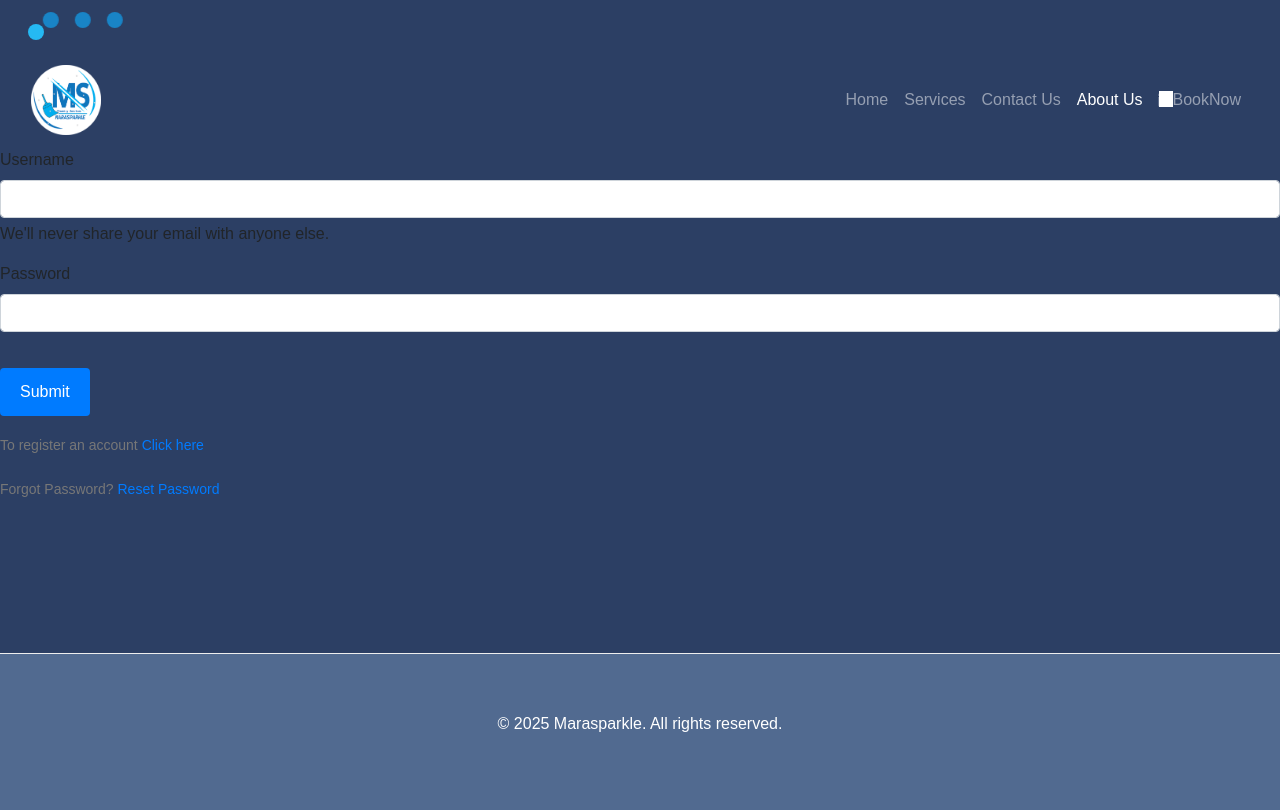
Repository: guineveretim/sparkle
Page: http://localhost/login/
An editor plug-in stored every save of this project. The page is shown before and after the next save, followed by the edit.
The browser window is 1280 px wide. The pictures show the whole page.
The page is served by the project's application, run on Django 5.2 (manage.py). Other server files are loaded and not shown.

Above is the page before, as saved 2025-03-26 14:59:18.

### templates/authentication/login.html
{% load static %}
<!DOCTYPE html>
<html lang="en">
<head>
    <meta charset="UTF-8">
    <title>Login</title>
    <link rel="stylesheet" href="{% static 'css/authentication/login.css'%}">


     <!-- Font Awesome CDN -->
     <link rel="stylesheet" href="https://cdnjs.cloudflare.com/ajax/libs/font-awesome/6.0.0-beta3/css/all.min.css">

     <!--Google fomts-->
     <link href="https://fonts.googleapis.com/css2?family=Roboto:wght@400&display=swap" rel="stylesheet">

     <!-- Bootstrap core CSS -->
     <link rel="stylesheet" href="https://cdn.jsdelivr.net/npm/bootstrap@4.1.3/dist/css/bootstrap.min.css" integrity="sha384-MCw98/SFnGE8fJT3GXwEOngsV7Zt27NXFoaoApmYm81iuXoPkFOJwJ8ERdknLPMO" crossorigin="anonymous">



     <link rel="stylesheet" href="{% static 'assets/css/templatemo-villa-agency.css' %}">
</head>
<body>

        <!-- ***** Preloader Start ***** -->
        <div id="js-preloader" class="js-preloader">
            <div class="preloader-inner">
                <span class="dot"></span>
                <div class="dots">
                    <span></span>
                    <span></span>
                    <span></span>
                </div>
            </div>
        </div>
        <!-- ***** Preloader End ***** -->



        <!-- ***** Header Area Start ***** -->
            <nav class="navbar navbar-expand-lg navbar-dark sticky-top" style="background-color: #2c3f64;">
                <div class="container-fluid">
                <a class="navbar-brand" href="{% url 'home' %}">
                    <img src="{% static 'icons/Maralog.png' %}" style="width:70px;">
                </a>
                <button class="navbar-toggler" type="button" data-toggle="collapse" data-target="#navbarNav" aria-controls="navbarNav" aria-expanded="false" aria-label="Toggle navigation">
                    <span class="navbar-toggler-icon"></span>
                </button>

                <div class="collapse navbar-collapse" id="navbarNav">
                    <ul  class="navbar-nav ml-auto">
                        <li class="nav-item">
                            <a class="nav-link" href="{% url 'home' %}">Home <span class="sr-only">(current)</span></a>
                        </li>
                        <li class="nav-item">
                            <a class="nav-link" href="{% url 'services_details' %}">Services</a>
                        </li>

                        <li class="nav-item">
                            <a class="nav-link" href="{% url 'contact' %}">Contact Us</a>
                        </li>
                        <li class="nav-item active">
                            <a class="nav-link" href="{% url 'about' %}">About Us</a>
                        </li>
                        <li class="nav-item">
                            <a class="nav-link" href="{% url 'login' %}"><i class="fas fa-calendar" style="background-color: rgb(255, 255, 255);"></i>BookNow</a>
                        </li>
                    </ul>
                </div>
            </div>
            </nav>

        <!-- ***** Header Area End ***** -->
 <form>
    <div class="mb-3">
      <label for="exampleInputEmail1" class="form-label">Username</label>
      <input type="email" class="form-control" id="exampleInputEmail1" aria-describedby="emailHelp">
      <div id="emailHelp" class="form-text">We'll never share your email with anyone else.</div>
    </div>
    <div class="mb-3">
      <label for="exampleInputPassword1" class="form-label">Password</label>
      <input type="password" class="form-control" id="exampleInputPassword1">
    </div>
    <button type="submit" class="btn btn-primary">Submit</button>
  </form>

  <p class="signup-link">
    To register an account
    <a href="{% url 'register' %}">Click here</a>
</p>

<p class="forgot-password">
    Forgot Password?
    <a href="{% url 'password_reset' %}">Reset Password</a>

</p>


<footer>

    <p>&copy; {{2025}} Marasparkle. All rights reserved.</p>

</footer>

<!-- jQuery first, then Popper.js, then Bootstrap JS -->
<script src="https://code.jquery.com/jquery-3.3.1.slim.min.js" integrity="sha384-q8i/X+965DzO0rT7abK41JStQIAqVgRVzpbzo5smXKp4YfRvH+8abtTE1Pi6jizo" crossorigin="anonymous"></script>
<script src="https://cdn.jsdelivr.net/npm/popper.js@1.14.3/dist/umd/popper.min.js" integrity="sha384-ZMP7rVo3mIykV+2+9J3UJ46jBk0WLaUAdn689aCwoqbBJiSnjAK/l8WvCWPIPm49" crossorigin="anonymous"></script>
<script src="https://cdn.jsdelivr.net/npm/bootstrap@4.1.3/dist/js/bootstrap.min.js" integrity="sha384-ChfqqxuZUCnJSK3+MXmPNIyE6ZbWh2IMqE241rYiqJxyMiZ6OW/JmZQ5stwEULTy" crossorigin="anonymous"></script>
</body>
</html>

### marasparkle/forms.py
from django import forms
from django.contrib.auth.forms import UserCreationForm, AuthenticationForm, PasswordResetForm, SetPasswordForm
from django.contrib.auth.models import User
from .models import Booking

class RegisterForm(forms.ModelForm):

    username = forms.CharField(
        widget=forms.TextInput(attrs={'placeholder': 'Enter Your Username'}),
        label='Username',
        help_text=None,
    )

    email = forms.EmailField(
        widget=forms.EmailInput(attrs={'placeholder': 'Enter Your Email: Example@gmail.com'}),
        label='Email',
        help_text=None,
    )

    password = forms.CharField(
        widget=forms.PasswordInput(attrs={'placeholder': 'enter password'}),
        label='Enter Password',
        help_text=None,
    )

    confirm_password = forms.CharField(
        widget=forms.PasswordInput(attrs={'placeholder': 'Confirm password'}),
        label='Confirm Password',
        help_text=None,
    )

    class Meta:
        model = User
        fields = ['username', 'email', 'password', 'confirm_password']





class LoginForm(AuthenticationForm):
    username = forms.CharField(required=True)
    password = forms.CharField(widget=forms.PasswordInput, required=True)


class ResetPasswordForm(PasswordResetForm):
    class Meta:
        model = User
        fields = ['email']

    def __init__(self, *args, **kwargs):
        super(ResetPasswordForm, self).__init__(*args, **kwargs)
        self.fields['email'].widget.attrs.update({
            'class': 'form-control',
            'placeholder': 'Email',
            'required': 'True'
        })


class ResetPasswordConfirmForm(SetPasswordForm):
    class Meta:
        model = User
        fields = ['new_password1', 'new_password2']

    def __init__(self, *args, **kwargs):
        super(ResetPasswordConfirmForm, self).__init__(*args, **kwargs)
        self.fields['new_password1'].widget.attrs.update({
            'class': 'form-control',
            'placeholder': 'New Password',
            'required': 'True'
        })
        self.fields['new_password2'].widget.attrs.update({
            'class': 'form-control',
            'placeholder': 'Retype New Password',
            'required': 'True'
        })
        self.fields['new_password1'].help_text = ''
        self.fields['new_password2'].help_text = ''


class BookingForm(forms.ModelForm):
    class Meta:
        model = Booking
        fields = ['date_time', 'contact_infor', 'service_selection', 'location_infor', 'additional_details']
        widgets = {
            'date_time': forms.DateTimeInput(attrs={'type': 'datetime-local'}),
            'contact_infor': forms.TextInput(attrs={'placeholder': 'Contact Information'}),
            'location_infor': forms.TextInput(attrs={'placeholder': 'Location'}),
            'additional_details': forms.Textarea(attrs={'placeholder': 'Additional Details', 'rows': 3}),
        }

### marasparkle/views.py

from django.shortcuts import redirect, render
from django.contrib.auth import authenticate, login
from .forms import RegisterForm, LoginForm
from django.contrib.auth.decorators import login_required
from django.contrib import messages
from .forms import BookingForm



def home(request):
  return render(request, 'home.html')

def Service(request):
    return render(request, 'application/services.html')


def contact(request):
    return render(request, 'application/contact.html')

def about_view(request):
    return render(request, 'application/about.html')


def register(request):
   if request.method == 'POST':
       form = RegisterForm(request.POST)
       if form.is_valid():
           user = form.save()
           login(request, user)
           return redirect('login')
   else:
       form = RegisterForm()
   return render(request, 'authentication/register.html', {'form': form})

def login_view(request):
    if request.method == 'POST':
        form = LoginForm(data=request.POST)
        if form.is_valid():
            username = form.cleaned_data.get('username')
            password = form.cleaned_data.get('password')
            user = authenticate(request, username=username, password=password)
            if user is not None:
                login(request, user)
                return redirect('bookings')
            else:

                messages.error(request, 'Invalid username or password.')
    else:
        form = LoginForm()
    return render(request, 'authentication/login.html', {'form': form})


@login_required
def create_booking(request):
    if request.method == 'POST':
        form = BookingForm(request.POST)
        if form.is_valid():
            booking = form.save(commit=False)
            booking.user = request.user
            booking.save()
            return redirect('booking_success')
    else:
        form = BookingForm()

    return render(request,'accounts/booking.html', {'form':form})

### marasparkleweb/urls.py
"""
URL configuration for marasparkleweb project.

The `urlpatterns` list routes URLs to views. For more information please see:
    https://docs.djangoproject.com/en/5.1/topics/http/urls/
Examples:
Function views
    1. Add an import:  from my_app import views
    2. Add a URL to urlpatterns:  path('', views.home, name='home')
Class-based views
    1. Add an import:  from other_app.views import Home
    2. Add a URL to urlpatterns:  path('', Home.as_view(), name='home')
Including another URLconf
    1. Import the include() function: from django.urls import include, path
    2. Add a URL to urlpatterns:  path('blog/', include('blog.urls'))
"""
from django.contrib import admin
from django.urls import include, path

urlpatterns = [
    path('admin/', admin.site.urls),
    path('', include('marasparkle.urls')),
]

### marasparkle/urls.py
from django.urls import path

from marasparkle.forms import ResetPasswordConfirmForm, ResetPasswordForm
from . import views
from django.contrib.auth import views as auth_views


urlpatterns = [
    path('', views.home, name='home'),
    path('about/',views.about_view, name='about'),
    path('services/',views.Service,name='services_details'),
    path('login/', views.login_view, name= 'login'),
    path('register/', views.register, name='register'),
    path('contact/', views.contact, name='contact'),

    path('password_reset/', auth_views.PasswordResetView.as_view(
        template_name='authentication/password_reset.html',
        form_class=ResetPasswordForm
    ), name='password_reset'),


    path('password_reset_done/', auth_views.PasswordResetDoneView.as_view(
        template_name='authentication/password_reset_done.html'
    ), name='password_reset_done'),


    path('password_reset_confirm/<uidb64>/<token>/', auth_views.PasswordResetConfirmView.as_view(
        template_name='authentication/password_reset_confirm.html',
        form_class=ResetPasswordConfirmForm
    ), name='password_reset_confirm'),

    path('password_reset_complete/', auth_views.PasswordResetCompleteView.as_view(
        template_name='authentication/password_reset_complete.html'
    ), name='password_reset_complete'),

    path('booking/',views.create_booking, name= 'bookings'),



]

### static/css/authentication/login.css


h2 {
  color: #007bff;
  margin-bottom: 20px;
}



button[type="submit"] {
  background-color: #007bff;
  color: white;
  padding: 12px 20px;
  border: none;
  border-radius: 4px;
  cursor: pointer;
  font-size: 16px;
  transition: background-color 0.3s ease;
  margin-top: 20px;
}

button[type="submit"]:hover {
  background-color: #0056b3;
}

.signup-link,
.forgot-password {
  margin-top: 15px;
  font-size: 14px;
  color: #777;
}

.signup-link a,
.forgot-password a {
  color: #007bff;
  text-decoration: none;
}

.signup-link a:hover,
.forgot-password a:hover {
  text-decoration: underline;
}


footer {
  display: flex;
  justify-content: center;
  text-align: center;
  margin-top: 60px;
  padding: 20px;
  background-color: #f9f9f9;
  border-top: 1px solid #eee;
  color: #777;
  width: 100%;
}


@media (max-width: 600px) {
  .container {
      padding: 15px;
  }

  h2 {
      font-size: 24px;
  }

  input[type="text"],
  input[type="password"] {
      font-size: 14px;
  }

  button[type="submit"] {
      font-size: 14px;
  }

  .signup-link,
  .forgot-password {
      font-size: 12px;
  }
}

Loaded but not shown: static/assets/css/templatemo-villa-agency.css (990 lines, source omitted)

After the next save:
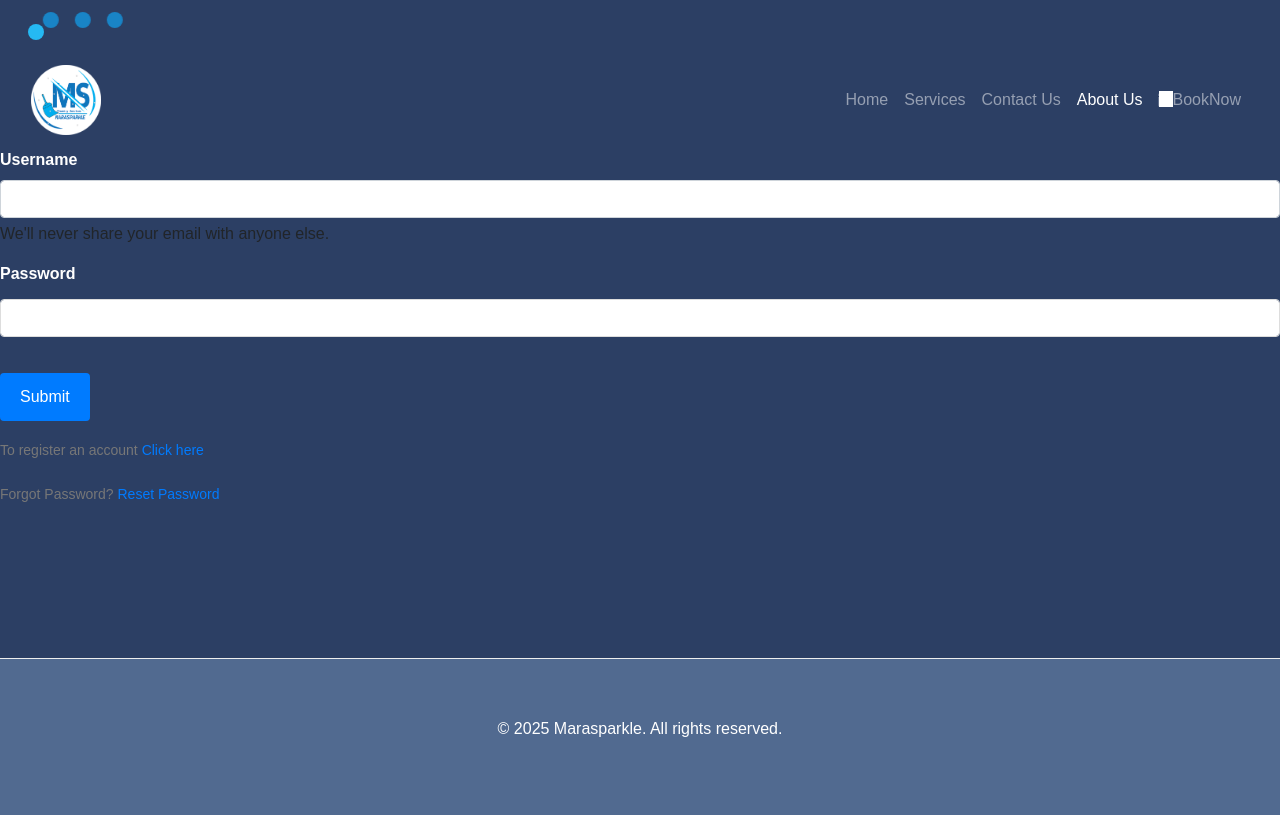
Saved 26 s later.
--- a/static/css/authentication/login.css
+++ b/static/css/authentication/login.css
@@ -5,7 +5,20 @@ h2 {
   margin-bottom: 20px;
 }
 
+label {
+  font-weight: bold;
+  margin-bottom: 5px;
+  color: #ffffff;
+}
 
+input[type="text"],
+input[type="password"] {
+  padding: 10px;
+  border: 1px solid #ddd;
+  border-radius: 4px;
+  margin-top: 5px;
+  font-size: 16px;
+}
 
 button[type="submit"] {
   background-color: #007bff;
